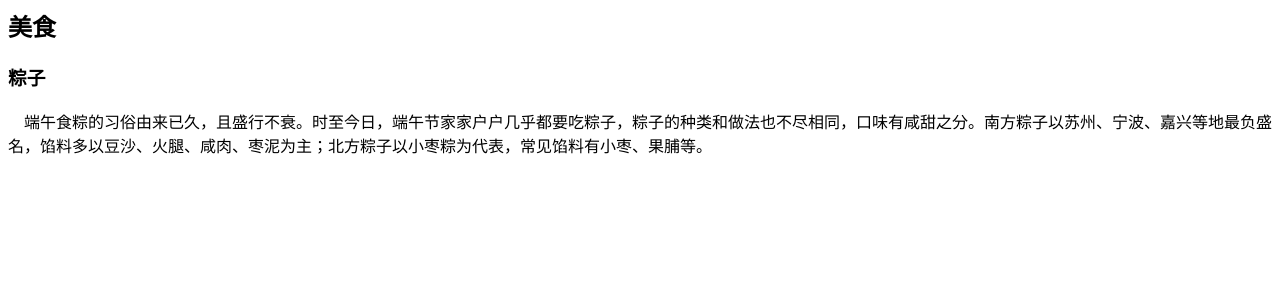
Repository: XueJie1/computer-operation-basics
Page: pages/dragonboatfes/cuisine.html
The author's editor kept a copy of each file at every save. The page is drawn from the files as they stood at one save, then again after a run of saves.
The browser window is 1280 px wide. The pictures show the whole page.

Above is the page before, as saved 2023-09-11 21:01:24.

### pages/dragonboatfes/cuisine.html
<h2>美食</h2>
<h3>粽子</h3>
<p>　端午食粽的习俗由来已久，且盛行不衰。时至今日，端午节家家户户几乎都要吃粽子，粽子的种类和做法也不尽相同，口味有咸甜之分。南方粽子以苏州、宁波、嘉兴等地最负盛名，馅料多以豆沙、火腿、咸肉、枣泥为主；北方粽子以小枣粽为代表，常见馅料有小枣、果脯等。
</p>
<h3></h3>

After the next 3 saves:
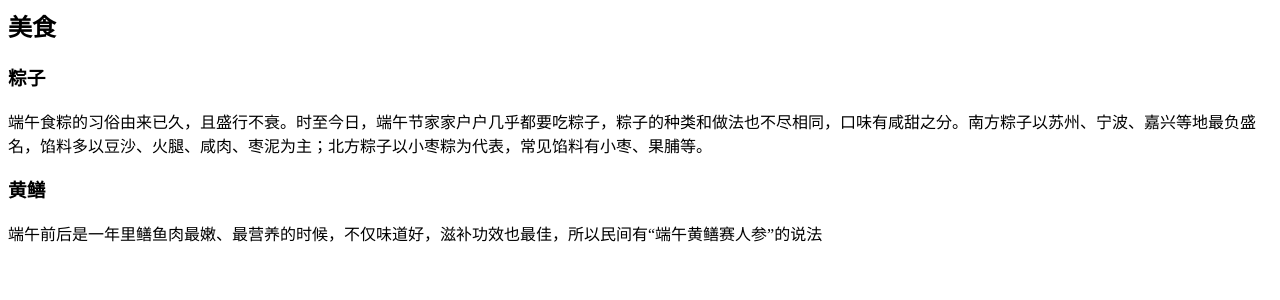
The 3 saves are shown as one change because they came seconds apart.
The last was saved 16 s later.
--- a/pages/dragonboatfes/cuisine.html
+++ b/pages/dragonboatfes/cuisine.html
@@ -1,5 +1,6 @@
 <h2>美食</h2>
 <h3>粽子</h3>
-<p>　端午食粽的习俗由来已久，且盛行不衰。时至今日，端午节家家户户几乎都要吃粽子，粽子的种类和做法也不尽相同，口味有咸甜之分。南方粽子以苏州、宁波、嘉兴等地最负盛名，馅料多以豆沙、火腿、咸肉、枣泥为主；北方粽子以小枣粽为代表，常见馅料有小枣、果脯等。
+<p>端午食粽的习俗由来已久，且盛行不衰。时至今日，端午节家家户户几乎都要吃粽子，粽子的种类和做法也不尽相同，口味有咸甜之分。南方粽子以苏州、宁波、嘉兴等地最负盛名，馅料多以豆沙、火腿、咸肉、枣泥为主；北方粽子以小枣粽为代表，常见馅料有小枣、果脯等。
 </p>
-<h3></h3>
+<h3>黄鳝</h3>
+<p>端午前后是一年里鳝鱼肉最嫩、最营养的时候，不仅味道好，滋补功效也最佳，所以民间有“端午黄鳝赛人参”的说法</p>
